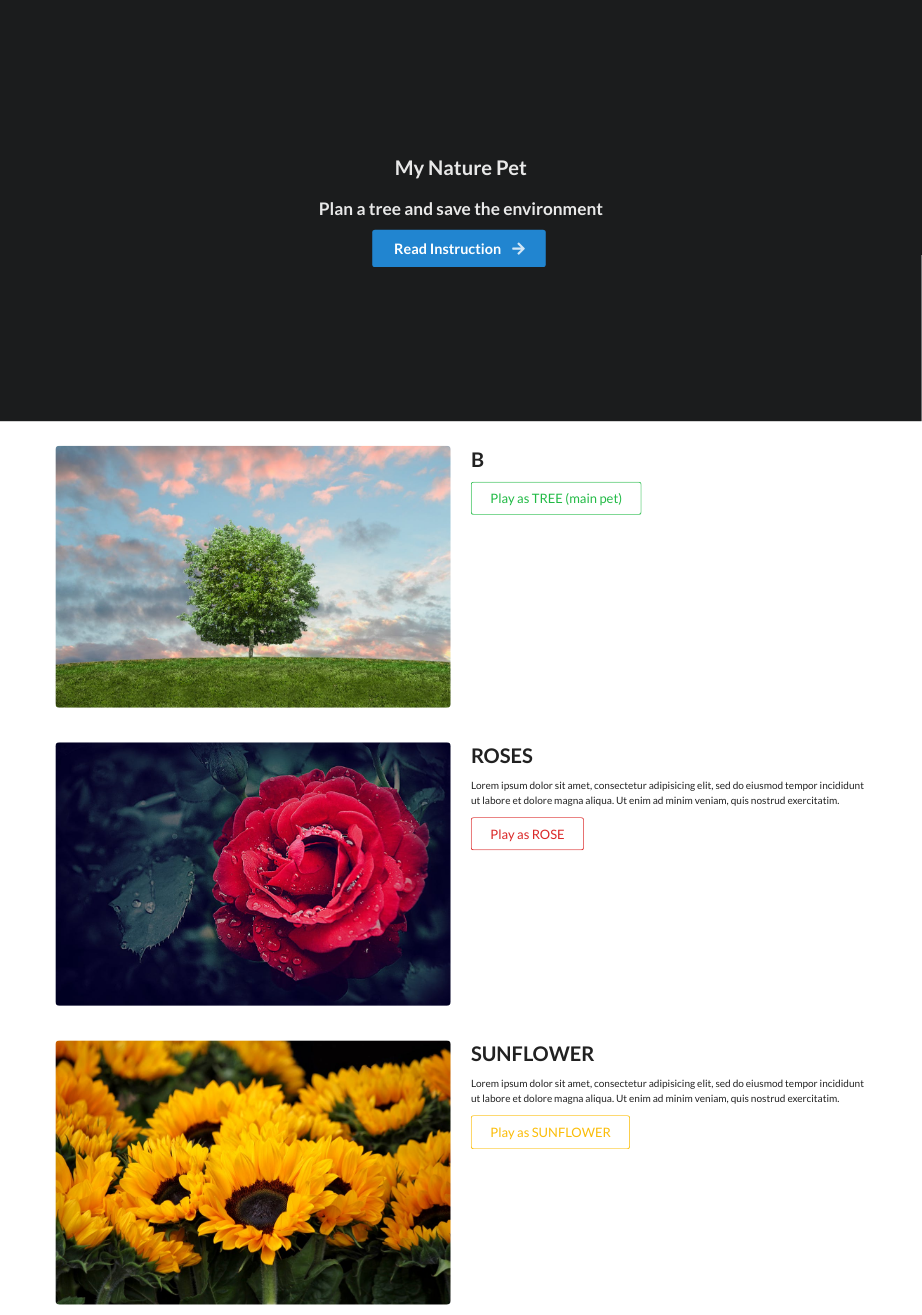
Repository: qduyhoang/Virtual-pest
Page: homepage.html
The author's editor kept a record of every edit. The page is drawn from the files as they stood at one moment, then again after the next edit.
The browser window is 1280 px wide. The pictures show the whole page, at 72% of full size.
Some web libraries are served in a nearby version.

Above is the page before.

### homepage.html
<!DOCTYPE html>
<html>
<head>
	<title>Homepage</title>
</head>
<body>

	<div class="ui inverted vertical masthead center aligned segment">
		<div class="ui text container">
			<h1 id="inverted header ">My Nature Pet</h1>
			<h2>Plan a tree and save the environment</h2>
			<button class="ui huge primary button" onclick="window.open('instruction.html')">Read Instruction
				<i class="right arrow icon"></i>
			</button>
		</div>
	</div>
	<div class="ui grid container">
		<div class="two column row">
			<div class="column">
				<img class="ui big rounded image" src="trees/nature-sky-twilight-grass-9198.jpg">
			</div>
			<div class="column">
				<h1>B</h1>
				<p></p>
				<button class="ui big green basic button" onclick="window.open('tree.html')">Play as TREE (main pet)</button>
			</div>
		</div>
	</div>

	<div class="ui grid container">
		<div class="two column row">
			<div class="column">
				<img class="ui big rounded image" src="trees/pexels-photo-593655.jpeg">
			</div>
			<div class="column">
				<h1>ROSES</h1>
				<p>Lorem ipsum dolor sit amet, consectetur adipisicing elit, sed do eiusmod
					tempor incididunt ut labore et dolore magna aliqua. Ut enim ad minim veniam,
				quis nostrud exercitatim.</p>
				<button class="ui big red basic button" onclick="window.open('rose.html')">Play as ROSE</button>
			</div>
		</div>
	</div>

<div class="ui grid container">
		<div class="two column row">
			<div class="column">
				<img class="ui big rounded image" src="trees/sunflower-blossom-bloom-flowers-54267.jpeg">
			</div>
			<div class="column">
				<h1>SUNFLOWER</h1>
				<p>Lorem ipsum dolor sit amet, consectetur adipisicing elit, sed do eiusmod
					tempor incididunt ut labore et dolore magna aliqua. Ut enim ad minim veniam,
				quis nostrud exercitatim.</p>
				<button class="ui big yellow basic button" onclick="window.open('sunflower.html')">Play as SUNFLOWER</button>
			</div>
		</div>
	</div>



</body>
<script
src="https://code.jquery.com/jquery-3.2.1.slim.min.js"
integrity="sha256-k2WSCIexGzOj3Euiig+TlR8gA0EmPjuc79OEeY5L45g="
crossorigin="anonymous"></script>
<link rel="stylesheet" type="text/css" href="https://cdnjs.cloudflare.com/ajax/libs/semantic-ui/2.2.13/semantic.min.css">
<script src="https://cdnjs.cloudflare.com/ajax/libs/semantic-ui/2.2.13/semantic.min.js"></script>
<link rel="stylesheet" type="text/css" href="homepage.css">
</html>

### homepage.css
.ui.text.container{
	margin: 200px;
}
.four.column.doubling.stackable.grid.container{
	margin: 100px;
}
.ui.grid.container{
	margin: 20px;
}

After the next edit:
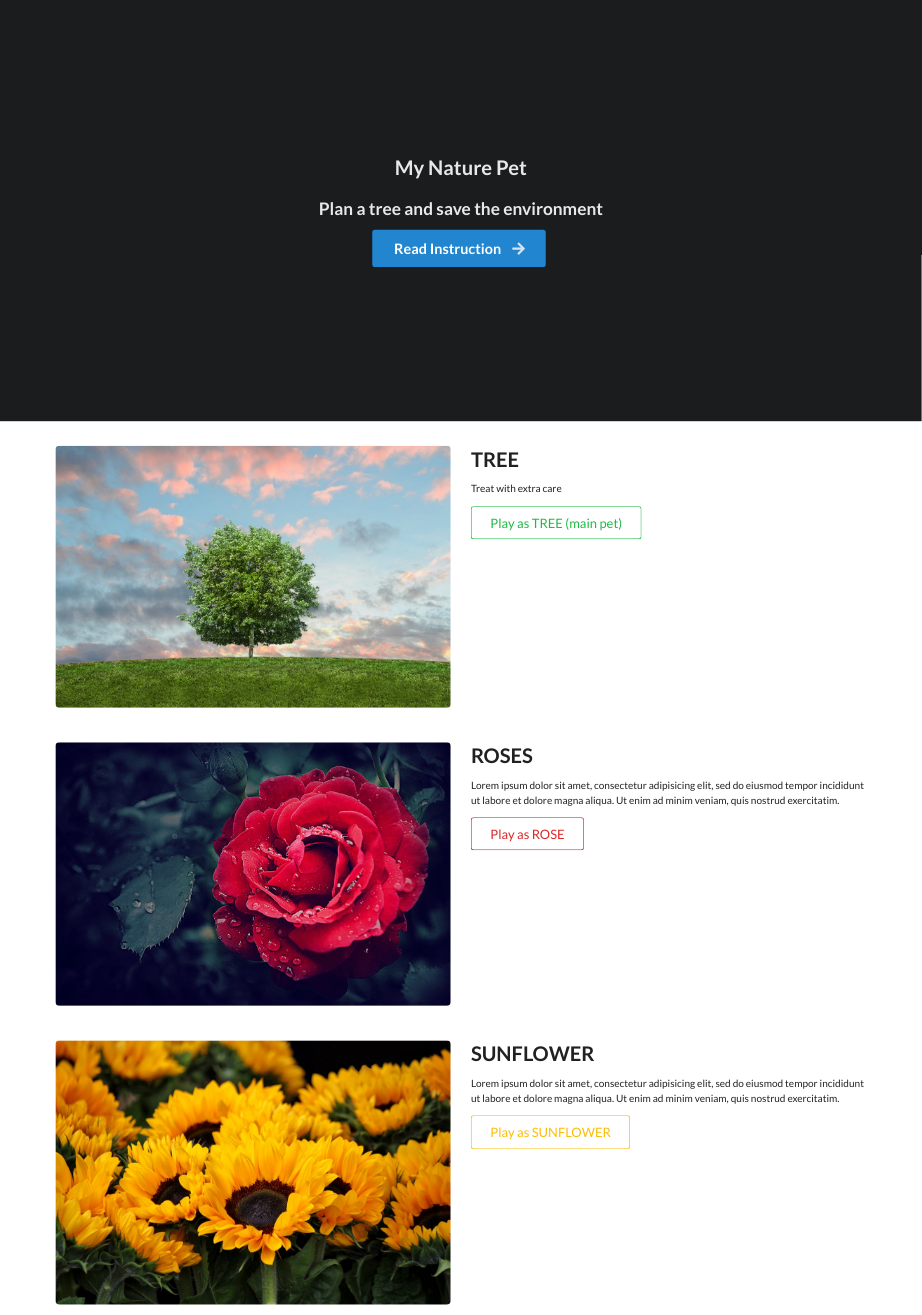
The edit:
--- a/homepage.html
+++ b/homepage.html
@@ -20,8 +20,8 @@
 				<img class="ui big rounded image" src="trees/nature-sky-twilight-grass-9198.jpg">
 			</div>
 			<div class="column">
-				<h1>B</h1>
-				<p></p>
+				<h1>TREE</h1>
+				<p>Treat with extra care</p>
 				<button class="ui big green basic button" onclick="window.open('tree.html')">Play as TREE (main pet)</button>
 			</div>
 		</div>
